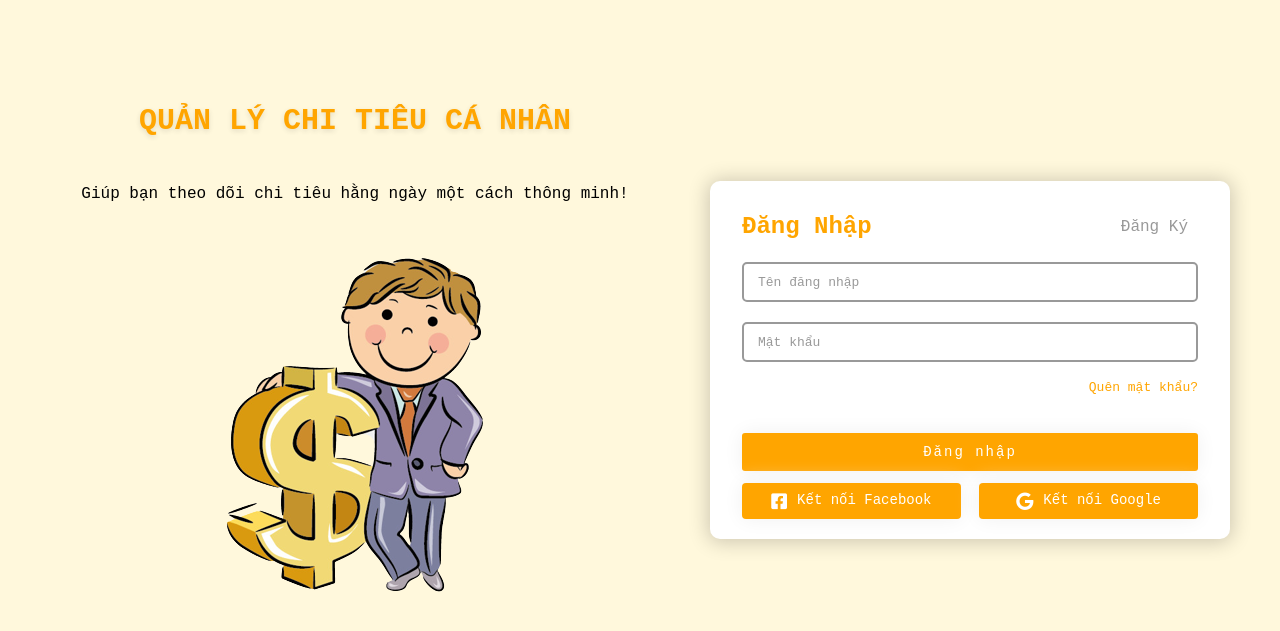
Repository: ximvhs/sochitieu
Page: html/start.html
These files come from the project's save history. The page is drawn as it stood at one moment and after the next save; the edit follows.
The browser window is 1280 px wide. The pictures show the whole page.
Some web fonts or font styles are not loaded; a fallback is used.

Above is the page before, as saved 2023-04-06 17:26:08.

### html/start.html
<!DOCTYPE html>
<html lang="en">
<head>
    <meta charset="UTF-8">
    <meta name="viewport" content="width=device-width, initial-scale=1.0">
    <title>Đăng nhập</title>
    <link rel="stylesheet" href="/assets/css/login.css">
    <link rel="stylesheet" href="/assets/css/grid.css">
    <link rel="stylesheet" href="/assets/css/resets.css">
    <link rel="stylesheet" href="/assets/css/responsive.css">
    <link rel="stylesheet" href="/assets/css/base.css">
    <link rel="stylesheet" href="https://fonts.googleapis.com/css2?family=Material+Symbols+Outlined:opsz,wght,FILL,GRAD@20..48,100..700,0..1,-50..200" />
    <link rel="preconnect" href="https://fonts.googleapis.com">
    <link rel="preconnect" href="https://fonts.gstatic.com" crossorigin>
    <link href="https://fonts.googleapis.com/css2?family=Dongle:wght@700&display=swap" rel="stylesheet">
    <link rel="preconnect" href="https://fonts.gstatic.com">
    <link href="https://fonts.googleapis.com/css2?family=Open+Sans:ital,wght@0,400;0,600;0,700;0,800;1,400&display=swap"
    rel="stylesheet">
    <link rel="stylesheet" href="https://cdnjs.cloudflare.com/ajax/libs/font-awesome/6.4.0/css/all.min.css" integrity="sha512-iecdLmaskl7CVkqkXNQ/ZH/XLlvWZOJyj7Yy7tcenmpD1ypASozpmT/E0iPtmFIB46ZmdtAc9eNBvH0H/ZpiBw==" crossorigin="anonymous" referrerpolicy="no-referrer" />
</head>
<body>
    <form action="">
        <div class="modal js-show_login">
                <div class="modal__body">
                    <div class="auth-form--left">
                        <H1>QUẢN LÝ CHI TIÊU CÁ NHÂN</H1>
                        <p>Giúp bạn theo dõi chi tiêu hằng ngày một cách thông minh!</p>
                        <img src="/img/logo-login.png" alt="">
                    </div>
                    <div class="auth-form--right js-auth-form">
                        <div class="auth-form__container">
                            <div class="auth-form__header">
                                <h3 class="auth-form__heading">Đăng Nhập</h3>
                                <span class="auth-form__switch-btn js-register">Đăng Ký</span>
                            </div>

                            <div class="auth-form__form">
                                <div class="auth-form__group">
                                    <input type="text" id="emaillogin" class="auth-form__input" required placeholder=" ">
                                    <div class="form-label">Tên đăng nhập</div>
                                </div>
                                <div class="auth-form__group">
                                    <input type="password" id="passlogin" class="auth-form__input" required placeholder=" ">
                                    <div class="form-label">Mật khẩu</div>
                                </div>
                            </div>

                            <div class="auth-form__aside">
                                <p class="auth-form__policy-text">
                                    <a href="#" class="auth-form__text-link">Quên mật khẩu?</a>
                                </p>
                            </div>

                            <div class="auth-form__controls">
                                <button class="btn btn--normal btn--primary" id="btnlogin">Đăng nhập</button>
                            </div>

                            <div class="auth-form__socials">
                                <a href="#" class="auth-form__socials--facebook btn btn--size-s btn--with-icon">
                                    <i class="auth-form__socials-icon fab fa-facebook-square"></i>
                                    <span class="auth-form__socials-text">Kết nối Facebook</span>
                                </a>
                                <a href="#" class="auth-form__socials--google btn btn--size-s btn--with-icon">
                                    <i class="auth-form__socials-icon fab fa-google"></i>
                                    <span class="auth-form__socials-text">Kết nối Google</span>
                                </a>
                            </div>
                        </div>

                    </div>
                </div>
        </div>
    </form>

    <form action="">
        <div class="modal_register js-show_register">
                <div class="modal__body_register">
                     <div class="auth-form js-auth-form">
                        <div class="auth-form__container">
                            <div class="auth-form__header">
                                <h3 class="auth-form__heading">Đăng ký</h3>
                                <i class="fa-solid fa-xmark auth-form__heading--close js-close"></i>
                            </div>

                            <div class="auth-form__form">
                                <div class="auth-form__group">
                                    <input type="text" class="auth-form__input" required placeholder=" ">
                                    <div class="form-label">Họ và tên</div>
                                </div>
                                <div class="auth-form__group">
                                    <input type="date" class="auth-form__input" required placeholder=" ">
                                    <div class="form-label">Ngày sinh nhật</div>
                                </div>
                                <div class="auth-form__group_sex">
                                    <div class="list__sex">
                                        <div class="form-label">Nam</div>
                                        <input type="checkbox" class="auth-form__input-radio" required placeholder=" ">
                                    </div>
                                    <div class="list__sex">
                                        <div class="form-label">Nữ</div>
                                        <input type="checkbox" class="auth-form__input-radio" required placeholder=" ">
                                    </div>
                                </div>
                                <div class="auth-form__group">
                                    <input type="text" class="auth-form__input" required placeholder=" ">
                                    <div class="form-label">Tên đăng nhập</div>
                                </div>
                                <div class="auth-form__group">
                                    <input type="password" class="auth-form__input" required placeholder=" ">
                                    <div class="form-label">Mật khẩu</div>
                                </div>
                                <div class="auth-form__group">
                                    <input type="password" class="auth-form__input" required placeholder=" ">
                                    <div class="form-label">Nhập lại mật khẩu</div>
                                </div>
                            </div>

                            <div class="auth-form__aside">
                                <p class="auth-form__policy-text">
                                    Bằng việc đăng ký, bạn đã đồng ý với chúng tôi về
                                    <a href="#" class="auth-form__text-link">Điều khoản dịch vụ</a> &
                                    <a href="#" class="auth-form__text-link">Chính sách bảo mật</a>
                                </p>
                            </div>
                            <div class="auth-form__controls">
                                <button class="btn btn--normal btn--primary">ĐĂNG KÝ</button>
                            </div>
                        </div>

                    </div>
                </div>
        </div>
    </form>

   <script src="/js/start.js"></script>
</body>

</html>

### assets/css/login.css
.modal {
    background-color: var(--primary-color);
    height: 100vh;
}

.modal__body {
    height: 100vh;
    display: flex;
    justify-content: space-between;
    align-items: center;

}

.auth-form--left {
    height: 100vh;
    display: flex;
    justify-content: center;
    align-items: center;
    flex-direction: column;
    flex: 1;
}

.auth-form--left h1 {
    width: 100%;
    text-align: center;
    padding: 0;
    margin-top: 32px;
    font-size: 30px;
    color: var(--secondary-color);
    text-shadow: 0 2px 5px #33333323;
}

.auth-form--left p {
    width: 100%;
    text-align: center;
    padding: 0;
    margin-top: 32px;
    font-size: 16px;
    /* color: var(--secondary-color);
    text-shadow: 0 2px 5px #33333323; */
}



/* modal */
.itemhd button {
    height: 35px;
    width: 90px;
    margin-left: 10px;
    cursor: pointer;
    background-color: var(--secondary-color);
    border: none;
    border-radius: var(--border-box);
    padding: 5px;
    color: white;
    font-size: 14px;
    font-weight: 700;
}

.itemhd button:hover {
    opacity: 0.8;
}

.auth-form--right {
    margin-right: 50px ;
    width: 520px;
    background-color: white;
    border-radius: 10px;
    overflow: hidden;
    min-width: 40px;
    box-shadow: 0 1px 20px 2px rgb(0 0 0 / 20%);
}

.auth-form__container {
    padding: 12px  32px 20px 32px;
}

.auth-form__header {
    display: flex;
    justify-content: space-between;
    align-items: center;
}

.auth-form__heading {
    font-size: 24px;
    color: var(--secondary-color);
}

.auth-form__switch-btn {
    font-size: 16px;
    padding: 10px;
    color: var(--border-color);
}

.auth-form__switch-btn:hover {
    cursor: pointer;
    opacity: 0.7;
}

.auth-form__form input {
    width: 100%;
    height: 40px;
    padding: 12px;
    margin-bottom: 20px;
    border: solid 2px var(--border-color);
    outline: none;
    transition: all 0.5s ease;
    border-radius: 5px;
}

.auth-form__form input:focus {
    border: solid 2px var(--secondary-color);
}

.auth-form__group {
    position: relative;
}


.auth-form__group .form-label {
    position: absolute;
    font-size: 13px;
    color: var(--border-color);
    top: 35%;
    left: 16px;
    transform: translate(0,-50%);
    pointer-events: none;
    transition: all 0.3s ease;
    z-index: 1;
}

.auth-form__group .auth-form__input:not(:placeholder-shown) +.form-label,
.auth-form__group .auth-form__input:focus +.form-label {
    position: absolute;
    top: 0;
    left: 8px;
    display: inline-block;
    padding: 2px 10px;
    color: var(--secondary-color);
    font-size: 12px;
    z-index: 2;
    background-color: white;
}

.auth-form__text-link {
    text-decoration: none;
    color: var(--secondary-color);
}

.auth-form__text-link:hover {
    opacity: 0.7;
}


.auth-form__controls {
    display: flex;
    justify-content: right;
    height: 50px;
    width: 100%;
}

.auth-form__aside {
    float: right;
    margin: 10px 0 14px 0;
}

.auth-form__aside a:hover {
    color: var(--secondary-color);
    cursor: pointer;
}

.auth-form__policy-text {
    margin: -14px 0 20px 0;
    transition: all 0.3s ease;
}

.auth-form__controls .btn {
    width: 100%;
    height: 38px;
    letter-spacing: 2px;
    font-size: 14px;
    padding: 0 12px;
    border: none;
    border-radius: 3px;
    text-decoration: none;
    display: inline-flex;
    justify-content: center;
    align-items: center;
    cursor: pointer;
}

.auth-form__socials {
    width: 100%;
    display: flex;
    justify-content: space-between;

}

.auth-form__socials--facebook {
    width: 48%;
    height: 36px;
    display: flex;
    justify-content: center;
    align-items: center;
}

.auth-form__socials--google {
    width: 48%;
    display: flex;
    justify-content: center;
    align-items: center;
}

.auth-form__socials-icon {
    font-size: 18px;
    margin-right: 10px;
}

.auth-form__socials-text {
    font-size: 14px;
}

.modal_register {
    position: fixed;
    z-index: 3;
    background-color: rgba(0, 0, 0, 0.5);
    top: 0;
    bottom: 0;
    right: 0;
    left: 0;
    display: none;
    animation: fadeIn linear 0.1s;
    /* display: flex; */
}


.modal__body_register {
    position: relative;
    margin: auto;
}

.auth-form {
    width: 500px;
    background-color: white;
    border-radius: 5px;
    overflow: hidden;
    min-width: 20px;
    box-shadow: 0 0 12px rgb(0 0 0 / 70%);
    animation: Slide ease 0.5s;
}

.auth-form__group_sex {
    display: flex;
    /* justify-content:space-between; */
    align-items: center;
    margin-bottom: 4px ;
}

.auth-form__group_sex .list__sex .auth-form__input-radio {
    height: 20px;
    width: 20px;
    margin-bottom: 12px ;
}

.list__sex {
    display: flex;
    justify-content: center;
    align-items: center;
}

.list__sex:nth-child(1) {
    margin-left: 16px;
}

.list__sex:nth-child(2) {
    margin-left: 50px;
}

.js-show_register.open.modal_register {
    display: flex;
    justify-content: center;
    align-items: center;
    opacity: 1;
}

.auth-form__heading--close {
    font-size: 30px;
    color: var(--secondary-color);
    padding: 5px;
}

.auth-form__heading--close:hover {
    opacity: 0.7;
    cursor: pointer;
}

### assets/css/grid.css
.grid {
    width: 100%;
    display: block;
    padding: 0;
}

.grid.wide {
    max-width: 1200px;
    margin: 0 auto;
}

.row {
    display: flex;
    flex-wrap: wrap;
    margin-left: -4px;
    margin-right: -4px;
}

.row.no-gutters {
    margin-left: 0;
    margin-right: 0;
}

.col {
    padding-left: 4px;
    padding-right: 4px;
}

.row.no-gutters .col {
    padding-left: 0;
    padding-right: 0;
}

.c-0 {
    display: none;
}

.c-1 {
    flex: 0 0 8.33333%;
    max-width: 8.33333%;
}

.c-2 {
    flex: 0 0 16.66667%;
    max-width: 16.66667%;
}

.c-3 {
    flex: 0 0 25%;
    max-width: 25%;
}

.c-4 {
    flex: 0 0 33.33333%;
    max-width: 33.33333%;
}

.c-5 {
    flex: 0 0 41.66667%;
    max-width: 41.66667%;
}

.c-6 {
    flex: 0 0 50%;
    max-width: 50%;
}

.c-7 {
    flex: 0 0 58.33333%;
    max-width: 58.33333%;
}

.c-8 {
    flex: 0 0 66.66667%;
    max-width: 66.66667%;
}

.c-9 {
    flex: 0 0 75%;
    max-width: 75%;
}

.c-10 {
    flex: 0 0 83.33333%;
    max-width: 83.33333%;
}

.c-11 {
    flex: 0 0 91.66667%;
    max-width: 91.66667%;
}

.c-12 {
    flex: 0 0 100%;
    max-width: 100%;
}

.c-o-1 {
    margin-left: 8.33333%;
}

.c-o-2 {
    margin-left: 16.66667%;
}

.c-o-3 {
    margin-left: 25%;
}

.c-o-4 {
    margin-left: 33.33333%;
}

.c-o-5 {
    margin-left: 41.66667%;
}

.c-o-6 {
    margin-left: 50%;
}

.c-o-7 {
    margin-left: 58.33333%;
}

.c-o-8 {
    margin-left: 66.66667%;
}

.c-o-9 {
    margin-left: 75%;
}

.c-o-10 {
    margin-left: 83.33333%;
}

.c-o-11 {
    margin-left: 91.66667%;
}

/* >= Tablet */
@media (min-width: 740px) {
    .row {
        margin-left: -8px;
        margin-right: -8px;
    }

    .col {
        padding-left: 8px;
        padding-right: 8px;
    }

    .m-0 {
        display: none;
    }

    .m-1,
    .m-2,
    .m-3,
    .m-4,
    .m-5,
    .m-6,
    .m-7,
    .m-8,
    .m-9,
    .m-10,
    .m-11,
    .m-12 {
        display: block;
    }

    .m-1 {
        flex: 0 0 8.33333%;
        max-width: 8.33333%;
    }

    .m-2 {
        flex: 0 0 16.66667%;
        max-width: 16.66667%;
    }

    .m-3 {
        flex: 0 0 25%;
        max-width: 25%;
    }

    .m-4 {
        flex: 0 0 33.33333%;
        max-width: 33.33333%;
    }

    .m-5 {
        flex: 0 0 41.66667%;
        max-width: 41.66667%;
    }

    .m-6 {
        flex: 0 0 50%;
        max-width: 50%;
    }

    .m-7 {
        flex: 0 0 58.33333%;
        max-width: 58.33333%;
    }

    .m-8 {
        flex: 0 0 66.66667%;
        max-width: 66.66667%;
    }

    .m-9 {
        flex: 0 0 75%;
        max-width: 75%;
    }

    .m-10 {
        flex: 0 0 83.33333%;
        max-width: 83.33333%;
    }

    .m-11 {
        flex: 0 0 91.66667%;
        max-width: 91.66667%;
    }

    .m-12 {
        flex: 0 0 100%;
        max-width: 100%;
    }

    .m-o-1 {
        margin-left: 8.33333%;
    }

    .m-o-2 {
        margin-left: 16.66667%;
    }

    .m-o-3 {
        margin-left: 25%;
    }

    .m-o-4 {
        margin-left: 33.33333%;
    }

    .m-o-5 {
        margin-left: 41.66667%;
    }

    .m-o-6 {
        margin-left: 50%;
    }

    .m-o-7 {
        margin-left: 58.33333%;
    }

    .m-o-8 {
        margin-left: 66.66667%;
    }

    .m-o-9 {
        margin-left: 75%;
    }

    .m-o-10 {
        margin-left: 83.33333%;
    }

    .m-o-11 {
        margin-left: 91.66667%;
    }
}

/* PC medium resolution > */
@media (min-width: 1113px) {
    .row {
        margin-left: -12px;
        margin-right: -12px;
    }

    .row.sm-gutter {
        margin-left: -5px;
        margin-right: -5px;
    }

    .col {
        padding-left: 12px;
        padding-right: 12px;
    }

    .row.sm-gutter .col {
        padding-left: 5px;
        padding-right: 5px;
    }

    .l-0 {
        display: none;
    }

    .l-1,
    .l-2,
    .l-2-4,
    .l-3,
    .l-4,
    .l-5,
    .l-6,
    .l-7,
    .l-8,
    .l-9,
    .l-10,
    .l-11,
    .l-12 {
        display: block;
    }

    .l-1 {
        flex: 0 0 8.33333%;
        max-width: 8.33333%;
    }

    .l-2 {
        flex: 0 0 16.66667%;
        max-width: 16.66667%;
    }

    .l-2-4 {
        flex: 0 0 20%;
        max-width: 20%;
    }

    .l-3 {
        flex: 0 0 25%;
        max-width: 25%;
    }

    .l-4 {
        flex: 0 0 33.33333%;
        max-width: 33.33333%;
    }

    .l-5 {
        flex: 0 0 41.66667%;
        max-width: 41.66667%;
    }

    .l-6 {
        flex: 0 0 50%;
        max-width: 50%;
    }

    .l-7 {
        flex: 0 0 58.33333%;
        max-width: 58.33333%;
    }

    .l-8 {
        flex: 0 0 66.66667%;
        max-width: 66.66667%;
    }

    .l-9 {
        flex: 0 0 75%;
        max-width: 75%;
    }

    .l-10 {
        flex: 0 0 83.33333%;
        max-width: 83.33333%;
    }

    .l-11 {
        flex: 0 0 91.66667%;
        max-width: 91.66667%;
    }

    .l-12 {
        flex: 0 0 100%;
        max-width: 100%;
    }

    .l-o-1 {
        margin-left: 8.33333%;
    }

    .l-o-2 {
        margin-left: 16.66667%;
    }

    .l-o-3 {
        margin-left: 25%;
    }

    .l-o-4 {
        margin-left: 33.33333%;
    }

    .l-o-5 {
        margin-left: 41.66667%;
    }

    .l-o-6 {
        margin-left: 50%;
    }

    .l-o-7 {
        margin-left: 58.33333%;
    }

    .l-o-8 {
        margin-left: 66.66667%;
    }

    .l-o-9 {
        margin-left: 75%;
    }

    .l-o-10 {
        margin-left: 83.33333%;
    }

    .l-o-11 {
        margin-left: 91.66667%;
    }
}

/* Tablet - PC low resolution */
@media (min-width: 740px) and (max-width: 1023px) {
    .wide {
        width: 644px;
    }
}

/* > PC low resolution */
@media (min-width: 1024px) and (max-width: 1239px) {
    .wide {
        width: 984px;
    }

    .wide .row {
        margin-left: -12px;
        margin-right: -12px;
    }

    .wide .row.sm-gutter {
        margin-left: -5px;
        margin-right: -5px;
    }

    .wide .col {
        padding-left: 12px;
        padding-right: 12px;
    }

    .wide .row.sm-gutter .col {
        padding-left: 5px;
        padding-right: 5px;
    }

    .wide .l-0 {
        display: none;
    }

    .wide .l-1,
    .wide .l-2,
    .wide .l-2-4,
    .wide .l-3,
    .wide .l-4,
    .wide .l-5,
    .wide .l-6,
    .wide .l-7,
    .wide .l-8,
    .wide .l-9,
    .wide .l-10,
    .wide .l-11,
    .wide .l-12 {
        display: block;
    }

    .wide .l-1 {
        flex: 0 0 8.33333%;
        max-width: 8.33333%;
    }

    .wide .l-2 {
        flex: 0 0 16.66667%;
        max-width: 16.66667%;
    }

    .wide .l-2-4 {
        flex: 0 0 20%;
        max-width: 20%;
    }

    .wide .l-3 {
        flex: 0 0 25%;
        max-width: 25%;
    }

    .wide .l-4 {
        flex: 0 0 33.33333%;
        max-width: 33.33333%;
    }

    .wide .l-5 {
        flex: 0 0 41.66667%;
        max-width: 41.66667%;
    }

    .wide .l-6 {
        flex: 0 0 50%;
        max-width: 50%;
    }

    .wide .l-7 {
        flex: 0 0 58.33333%;
        max-width: 58.33333%;
    }

    .wide .l-8 {
        flex: 0 0 66.66667%;
        max-width: 66.66667%;
    }

    .wide .l-9 {
        flex: 0 0 75%;
        max-width: 75%;
    }

    .wide .l-10 {
        flex: 0 0 83.33333%;
        max-width: 83.33333%;
    }

    .wide .l-11 {
        flex: 0 0 91.66667%;
        max-width: 91.66667%;
    }

    .wide .l-12 {
        flex: 0 0 100%;
        max-width: 100%;
    }

    .wide .l-o-1 {
        margin-left: 8.33333%;
    }

    .wide .l-o-2 {
        margin-left: 16.66667%;
    }

    .wide .l-o-3 {
        margin-left: 25%;
    }

    .wide .l-o-4 {
        margin-left: 33.33333%;
    }

    .wide .l-o-5 {
        margin-left: 41.66667%;
    }

    .wide .l-o-6 {
        margin-left: 50%;
    }

    .wide .l-o-7 {
        margin-left: 58.33333%;
    }

    .wide .l-o-8 {
        margin-left: 66.66667%;
    }

    .wide .l-o-9 {
        margin-left: 75%;
    }

    .wide .l-o-10 {
        margin-left: 83.33333%;
    }

    .wide .l-o-11 {
        margin-left: 91.66667%;
    }
}

### assets/css/base.css
:root {
    --primary-color:cornsilk;
    --secondary-color:orange;
    --opacity-color:#f0f0f0;
    --white-color: white;
    --border-color:#999;


    --border-box: 5px;
    --size-text: 16px;
    --size-title: 20px;
}

*{
    font-family: monospace;
    box-sizing: inherit;
    box-sizing: border-box;


}

html {
    line-height: 1.6rem;
    box-sizing: border-box;
    scroll-behavior: smooth;
}

body {
    margin: 0;
}

a {
    color: var(--text-color);
    text-decoration: none;
}

ul {
    padding-left: 0;
}

i {
    display: block;
}

li {
    list-style: none;
}

.btn {
    /* position: absolute;
    display: inline-block; */
    background-color: var(--secondary-color);
    background-size: 200% auto;
    color: var(--white-color);
    box-shadow: 0 0 20px var(--opacity-color);
    font-size: 10px;
    border: none;
    outline: none;
    cursor: pointer;
    border-radius: 4px;
    transition: all 0.2s ease-in;
}

.btn__login {
    position: absolute;
    display: inline-block;
    background-color: var(--secondary-color);
    background-size: 200% auto;
    color: var(--white-color);
    box-shadow: 0 0 20px var(--opacity-color);
    font-size: 10px;
    border: none;
    outline: none;
    cursor: pointer;
    border-radius: 4px;
    transition: all 0.2s ease-in;
}


.btn:hover {
    background-position: right center;
    opacity: 0.8;
    text-decoration: none;
}


/* animation */
@keyframes Slide {
    from {
        opacity: 0;
        transform: translateY(-150px);
    }
    to {
        opacity: 1;
        transform: translateY(0);
    }
}

### js/start.js
const regBtns = document.querySelectorAll('.js-register')
const modal = document.querySelector('.js-show_register')
function showModal() {
    modal.classList.add('open')
    modal1.classList.remove('open')
}
for (const regBtn of regBtns) {
    regBtn.addEventListener('click', showModal)
}





// close register
const closeBtn = document.querySelector('.js-close')
function hideBtn(){
    modal.classList.remove('open')
}
closeBtn.addEventListener('click', hideBtn)


// close when click outward
const authForms = document.querySelectorAll('.js-auth-form')
modal.addEventListener('click', hideBtn)
for (const authForm of authForms ) {
    authForm.addEventListener('click', function (event) {
        event.stopPropagation()
    })
}

const tk=document.getElementById("emaillogin")
const btnLogin=document.querySelector('#btnlogin')
const mk=document.getElementById("passlogin")
btnLogin.addEventListener('click',function(){
    if(tk.value=="ximvhs26092002@gmail.com"){
        if(mk.value=="e"){
            windows.location.href="/html/index.html"
            // window.location.href="https://www.facebook.com/ximvhs"
        }
    } else{
        alert('Tài khoản hoặc mặt khẩu của bạn bị sai')
    }
})

Loaded but not shown: assets/css/resets.css (no stored copy; drawn as an empty file); assets/css/responsive.css (no stored copy; drawn as an empty file)

After the next save:
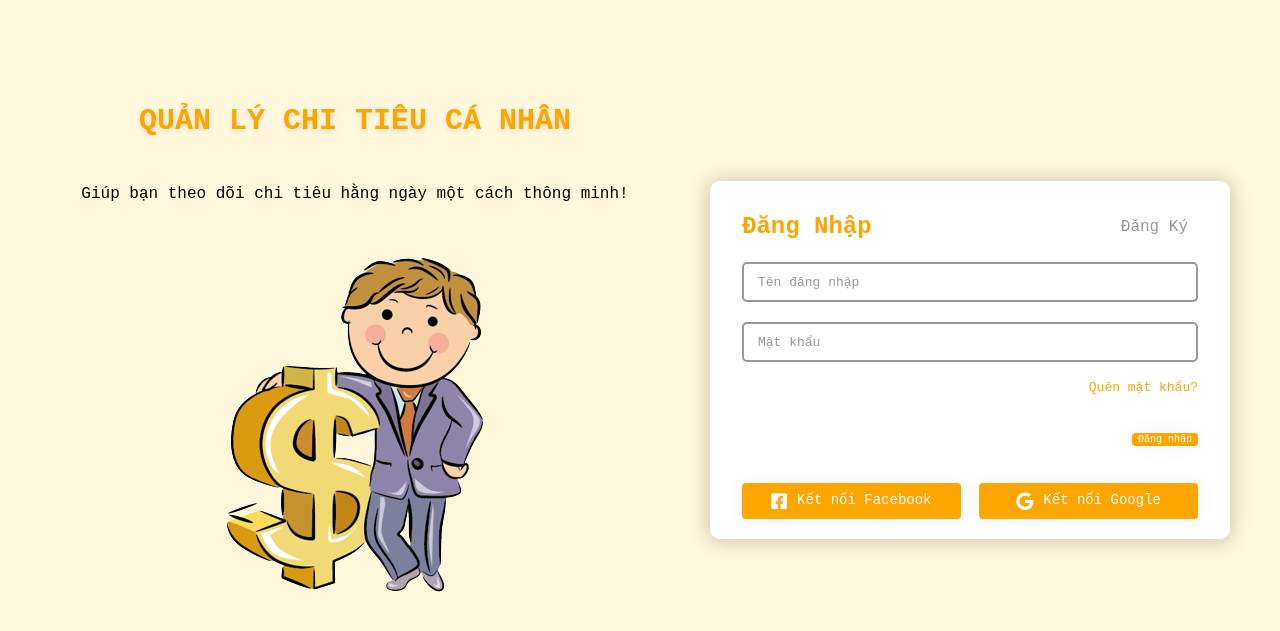
Saved 5 s later.
--- a/html/start.html
+++ b/html/start.html
@@ -52,7 +52,7 @@
                             </div>
 
                             <div class="auth-form__controls">
-                                <button class="btn btn--normal btn--primary" id="btnlogin">Đăng nhập</button>
+                                <button class="btn__login btn--normal btn--primary" id="btnlogin">Đăng nhập</button>
                             </div>
 
                             <div class="auth-form__socials">
